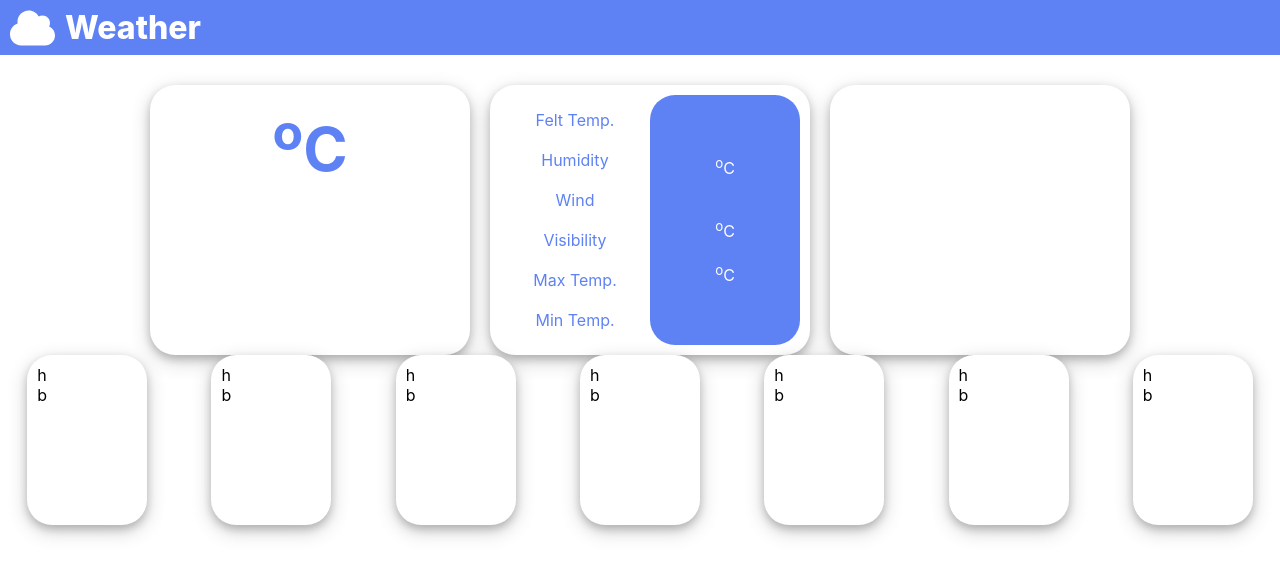
Repository: ahmedazawi/weather-app
Page: /
An editor plug-in stored every save of this project. The page is shown before and after the next save, followed by the edit.
The browser window is 1280 px wide. The pictures show the whole page.
The project was rebuilt for these pictures with package versions that can differ from the ones it lists, and the page was loaded fresh each time. Also part of the build but not shown: src/components/Map.js.

Above is the page before, as saved 2022-11-30 15:16:54.

After the next save:
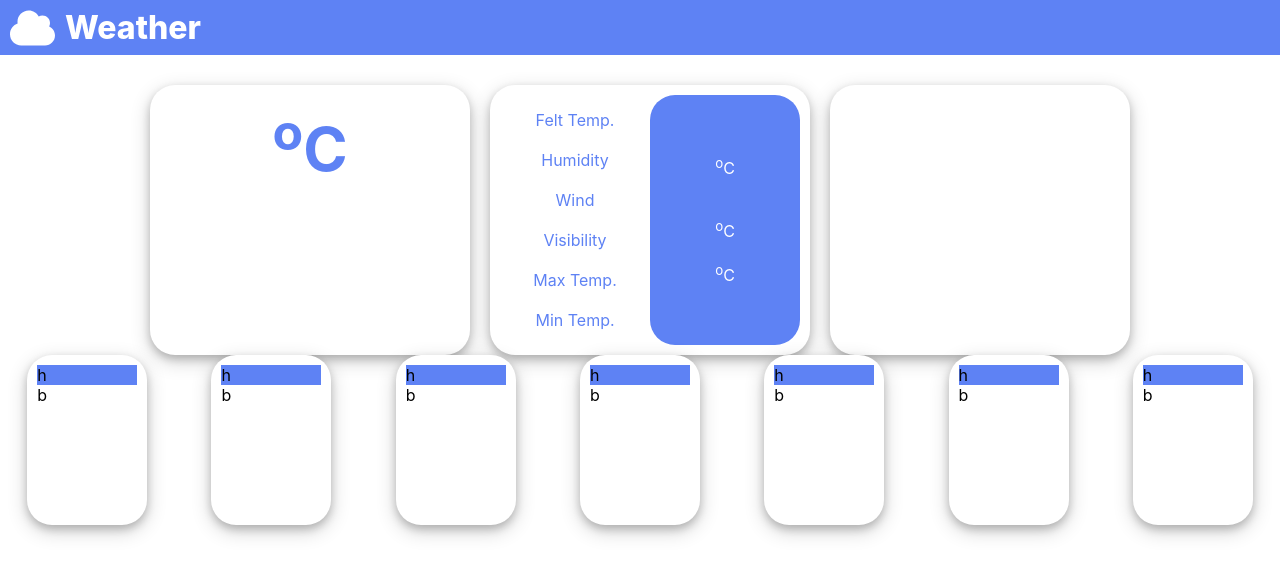
Saved 14 s later.
--- a/src/assets/css/SevenDaysCards.css
+++ b/src/assets/css/SevenDaysCards.css
@@ -17,4 +17,5 @@
 }
 .small-cards > div > div:nth-child(1) {
   width: 100%;
+  background-color: var(--primaryColor);
 }
